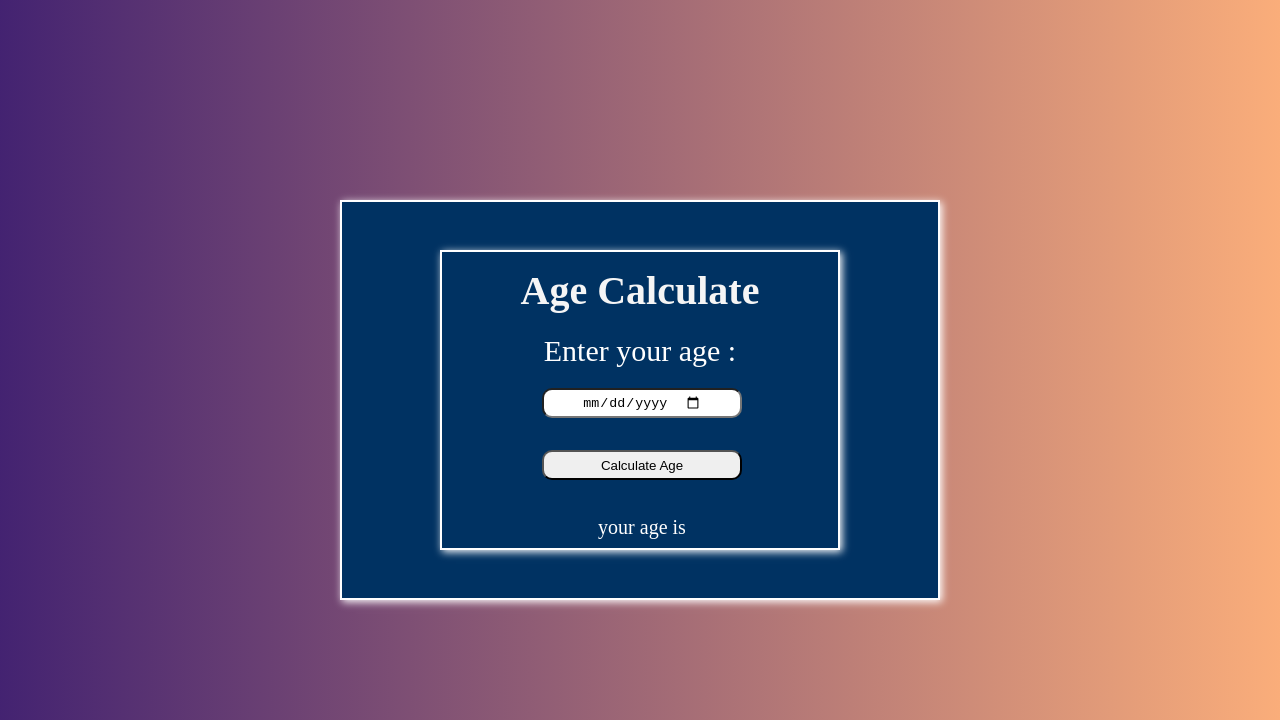
Repository: sristigupta04/basic-js-project
Page: age calculator/age.html
These files come from the project's save history. The page is drawn as it stood at one moment and after the next save; the edit follows.
The browser window is 1280 px wide. The pictures show the whole page.
The pointer rests on the first visible `.age button`.

Above is the page before, as saved 2025-11-07 16:07:00.

### age calculator/age.html
<!DOCTYPE html>
<html lang="en">
<head>
    <meta charset="UTF-8">
    <meta name="viewport" content="width=device-width, initial-scale=1.0">
    <title>Document</title>
    <link rel="stylesheet" href="age.css"/>
</head>
<body>
    <div class="main">
    <div class="age">
    <h1>Age Calculate</h1>

    <label for="eventDate">Enter  your age :</label>
<input type="date" id="eventDate" name="eventDate">
<button>Calculate Age</button>
<p id="realage">your age is </p></div></div>
<script src="age.js"></script>
</body>
</html>

### age calculator/age.css
*{
    padding: 0;
    margin: 0;
    box-sizing: border-box;
}
body{
    display: flex;
    justify-content: center;
    align-items: center;

background: linear-gradient(90deg, hsla(265, 53%, 29%, 1) 0%, hsla(24, 93%, 73%, 1) 100%);

}

.main{
     display: flex;
    justify-content: center;
    align-items: center;
    border:2px solid white;
    height: 400px;
    width: 600px;
    box-shadow: 2px 2px 8px white;
    font-size: 20px;
     margin-top: 200px;
     background-color:#003262;

}

.age{
    background-color:#003262;
     box-shadow: 2px 2px 8px white;
    border:2px solid white;
    height:300px;
    width:400px;
}

.age h1{
     display: flex;
    justify-content: center;
    align-items: center;
    margin-top: 15px;
    color:whitesmoke;
    font-size: 200;

}

.age  label{
    color:white;
 display: flex;
 justify-content: center;
 font-size: 30px;
 margin:20px;

}
.age input{
     display: flex;
     justify-content: center;
     height: 30px;
     width: 200px;
    margin-left: 100px;
    border-radius: 10px;
}
.age button{
    display: flex;
    justify-content: center;
    align-items: center;
   height: 30px;
     width: 200px;
     margin: 2rem;;
      margin-left: 100px;
    border-radius: 10px;
}


#realage{
    display: flex;
    justify-content: center;
    align-items: center;
   height: 30px;
     width: 200px;
     margin: 2rem;;
      margin-left: 100px;
    border-radius: 10px;
    color:white;
}

Loaded but not shown: age calculator/age.js (no stored copy; drawn as an empty file)

After the next save:
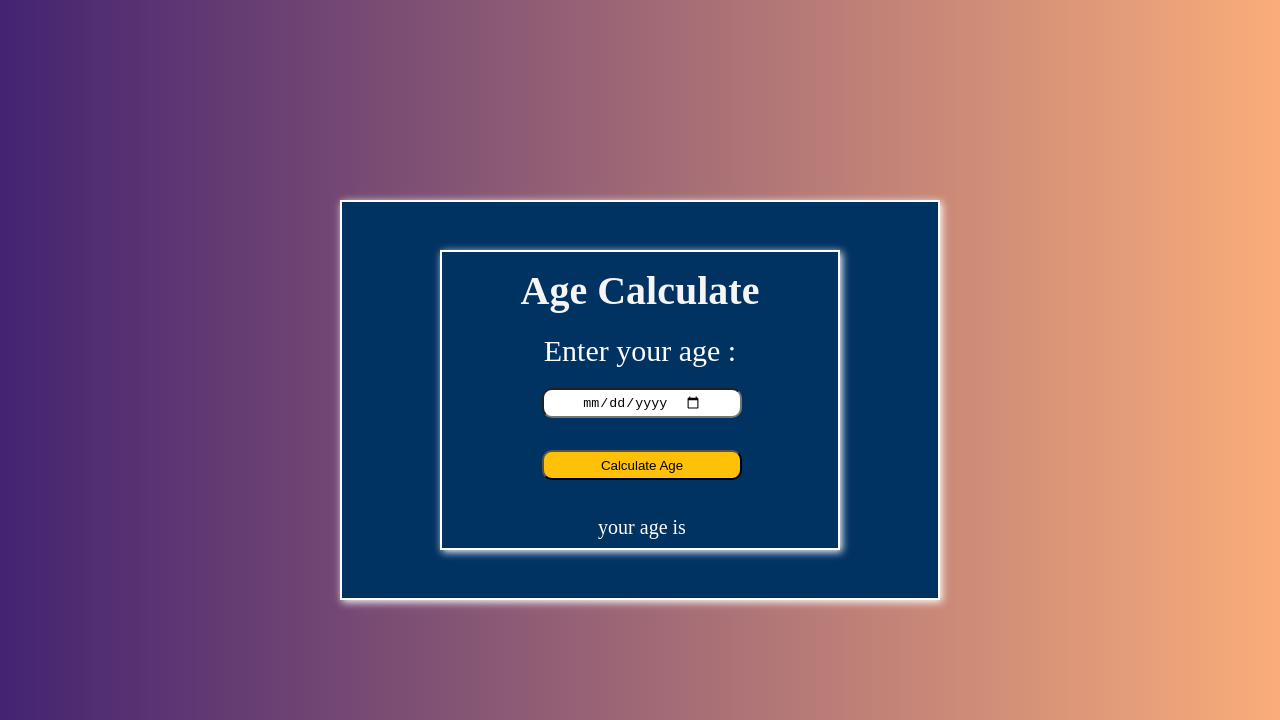
Saved 39 s later.
--- a/age calculator/age.css
+++ b/age calculator/age.css
@@ -70,7 +70,9 @@
       margin-left: 100px;
     border-radius: 10px;
 }
-
+.age button:hover {
+  background-color: #ffc107;
+}
 
 #realage{
     display: flex;
